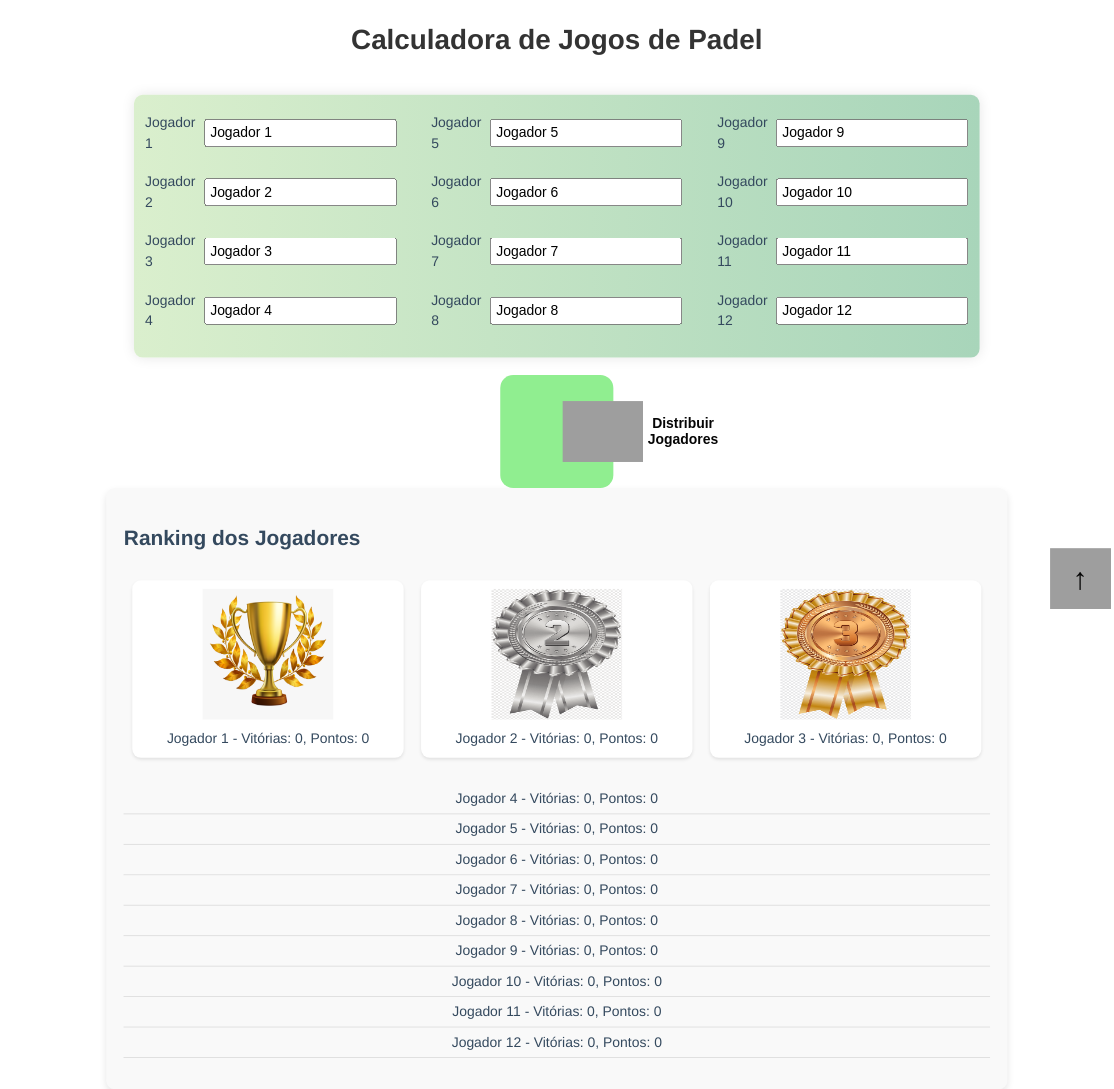
Repository: MarcioMiguel22/PadelMaster
Page: /calculadora
An editor plug-in stored every save of this project. The page is shown before and after the next save, followed by the edit.
The browser window is 1280 px wide. The pictures show the whole page, at 87% of full size.
Pictures or frames that could not be fetched are drawn as grey boxes. The project was rebuilt for these pictures with package versions that can differ from the ones it lists, and the page was loaded fresh each time. Also part of the build but not shown: vite.config.ts, src/pages/Home/Home.tsx, src/components/components_calculadora/Campo.tsx, src/components/components_calculadora/Jogo.tsx, src/pages/Player/playerComponent.tsx, src/index.css.

Above is the page before, as saved 2024-06-16 10:00:35.

After the next save:
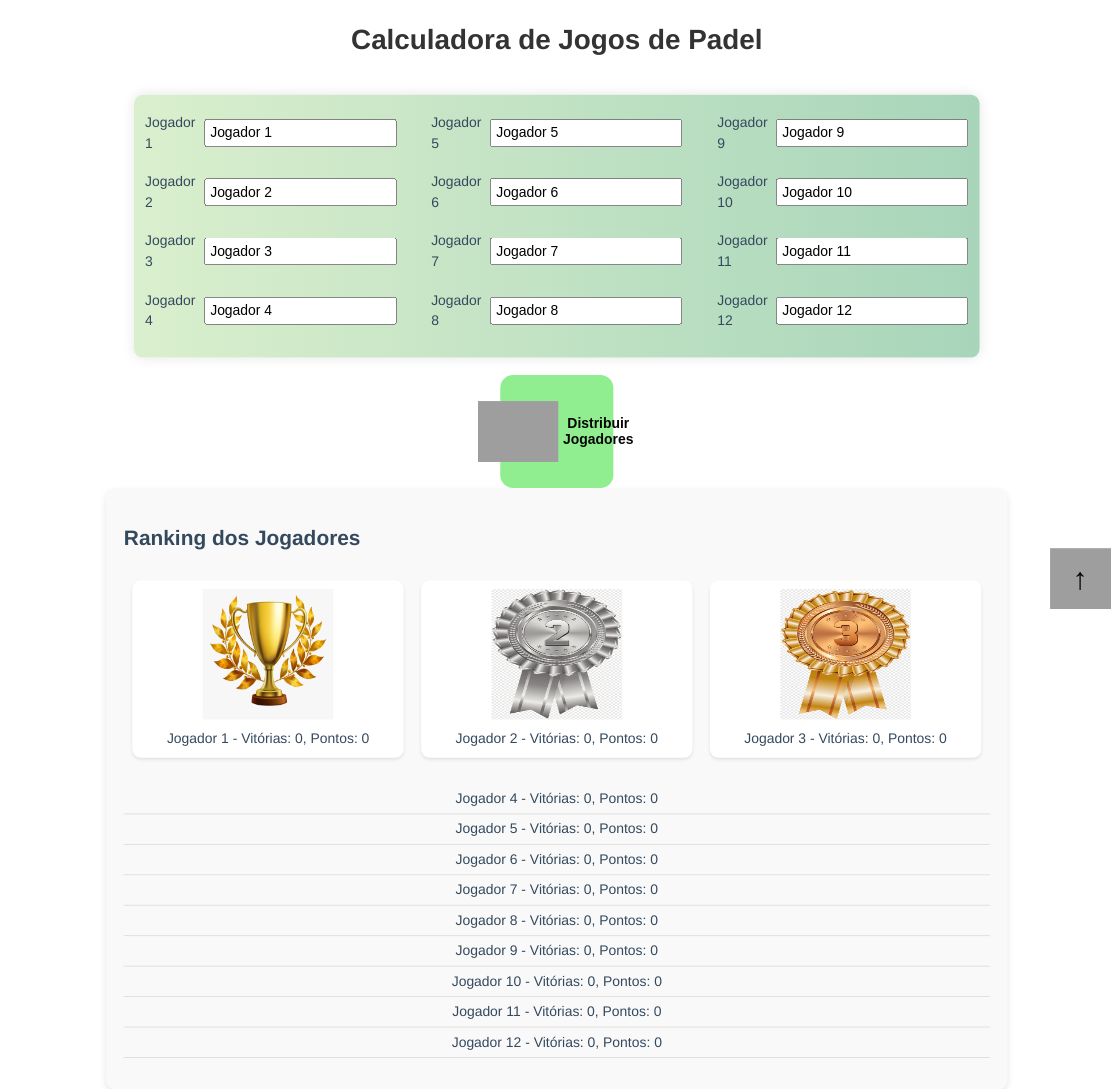
Saved 11 s later.
--- a/src/components/components_calculadora/DistributeButton.module.css
+++ b/src/components/components_calculadora/DistributeButton.module.css
@@ -12,7 +12,7 @@
 .distributeButton {
   bottom: 100px; /* Ajuste a posição conforme necessário */
   left: 50%;
-  transform: translateX(50%);
+  transform: translateX(0%);
   width: auto;
   height: 70px;
   border: none;
